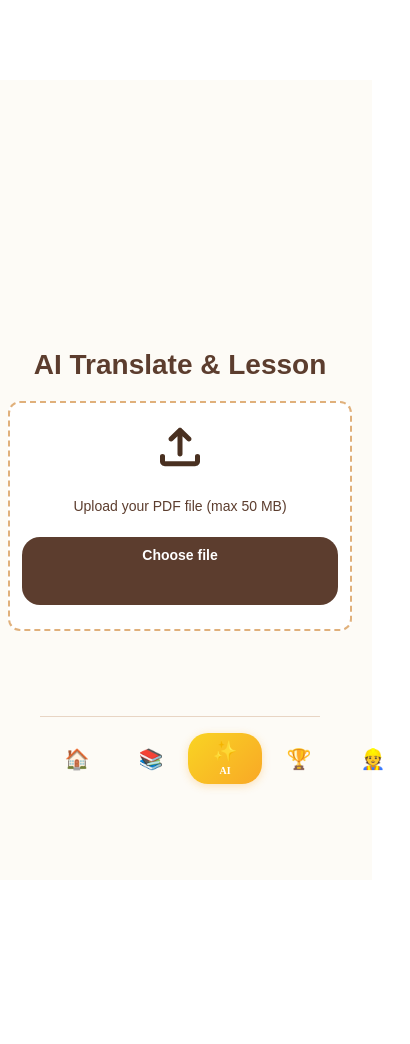
Repository: richelletiongson/Jargon_FrontendShowcase
Page: / (app in jargon_frontend/)
These files come from the project's save history. The page is drawn as it stood at one moment and after the next save; the edit follows.
The browser window is 360 px wide. The page is 410 px wide, so the pictures cover 410 px, including what lies to the right of the window. The pictures show the whole page.
The project was rebuilt for these pictures with package versions that can differ from the ones it lists, and the page was loaded fresh each time. Also part of the build but not shown: jargon_frontend/vite.config.js, jargon_frontend/src/index.css, jargon_frontend/src/home_pages/Home.jsx, jargon_frontend/src/course_pages/Course.jsx, jargon_frontend/src/charts_pages/Charts.jsx, jargon_frontend/src/profile_pages/Profile.jsx.

Above is the page before, as saved 2025-10-22 14:31:17.

After the next save:
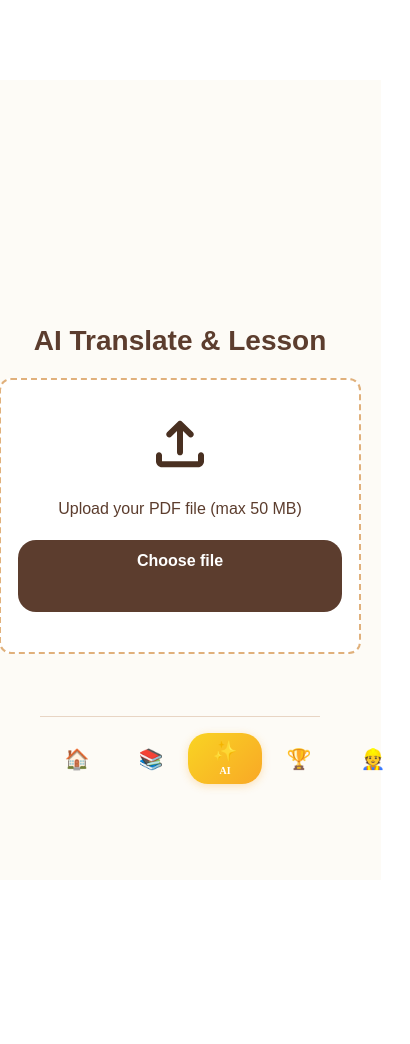
Saved 112 s later.
--- a/jargon_frontend/src/ai_pages/AI.css
+++ b/jargon_frontend/src/ai_pages/AI.css
@@ -1,6 +1,7 @@
 /* AI Page Styles */
 .ai-page {
   min-height: 100vh;
+  width: 402px;
   background-color: #FDFBF6;
   display: flex;
   flex-direction: column;
@@ -77,62 +78,3 @@
   margin: 10px 0 0 0;
   font-style: italic;
 }
-
-
-/* Responsive Design */
-@media (max-width: 480px) {
-  .main-content {
-    padding: 30px 16px;
-  }
-
-  .page-title {
-    font-size: 24px;
-    margin-bottom: 40px;
-  }
-
-  .file-upload-area {
-    padding: 30px 16px;
-  }
-
-  .upload-icon {
-    width: 40px;
-    height: 40px;
-  }
-
-  .upload-text {
-    font-size: 14px;
-  }
-
-  .choose-file-btn {
-    padding: 10px 20px;
-    font-size: 14px;
-  }
-}
-
-@media (max-width: 360px) {
-  .status-bar {
-    padding: 10px 16px;
-    font-size: 14px;
-  }
-
-  .main-content {
-    padding: 20px 12px;
-  }
-
-  .page-title {
-    font-size: 22px;
-    margin-bottom: 30px;
-  }
-
-  .file-upload-area {
-    padding: 24px 12px;
-  }
-
-  .nav-icon {
-    font-size: 20px;
-  }
-
-  .nav-text {
-    font-size: 10px;
-  }
-}
